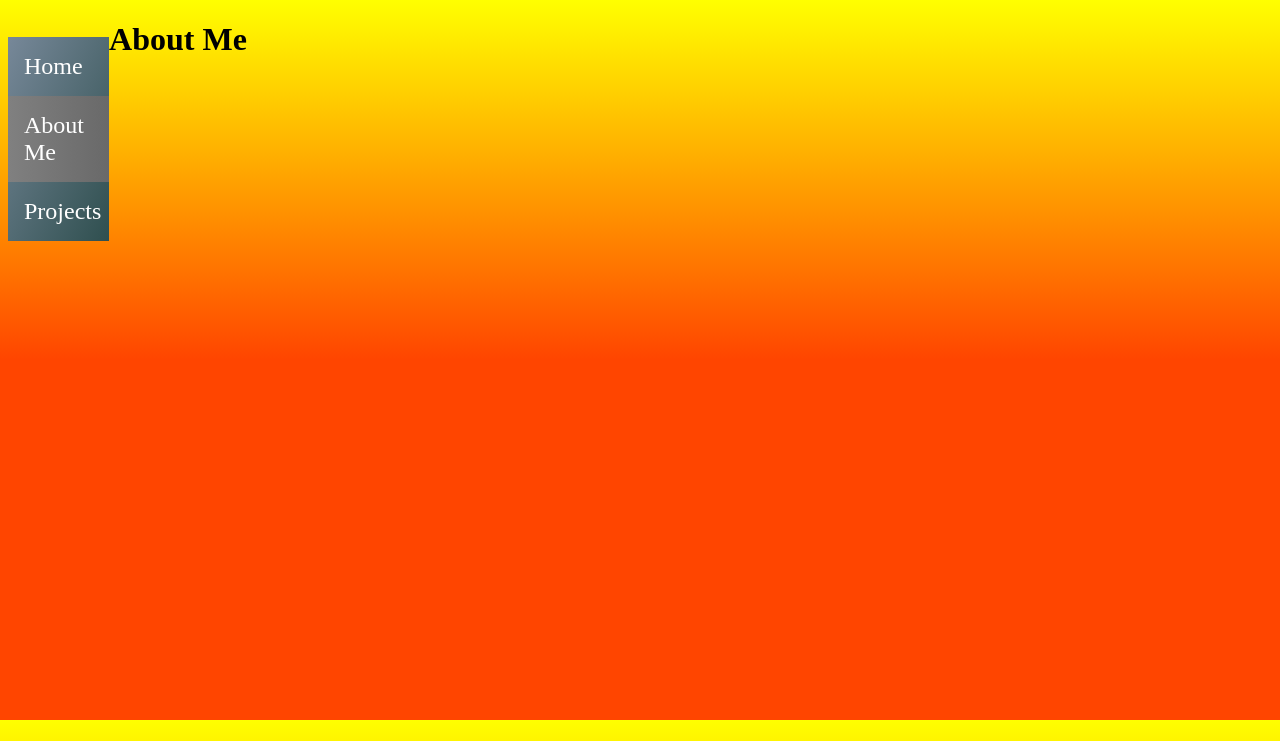
Repository: brody-toth/brody-toth.github.io
Page: about-me.html
The author's editor kept a record of every edit. The page is drawn from the files as they stood at one moment, then again after the next edit.
The browser window is 1280 px wide. The pictures show the whole page.

Above is the page before.

After the next edit:
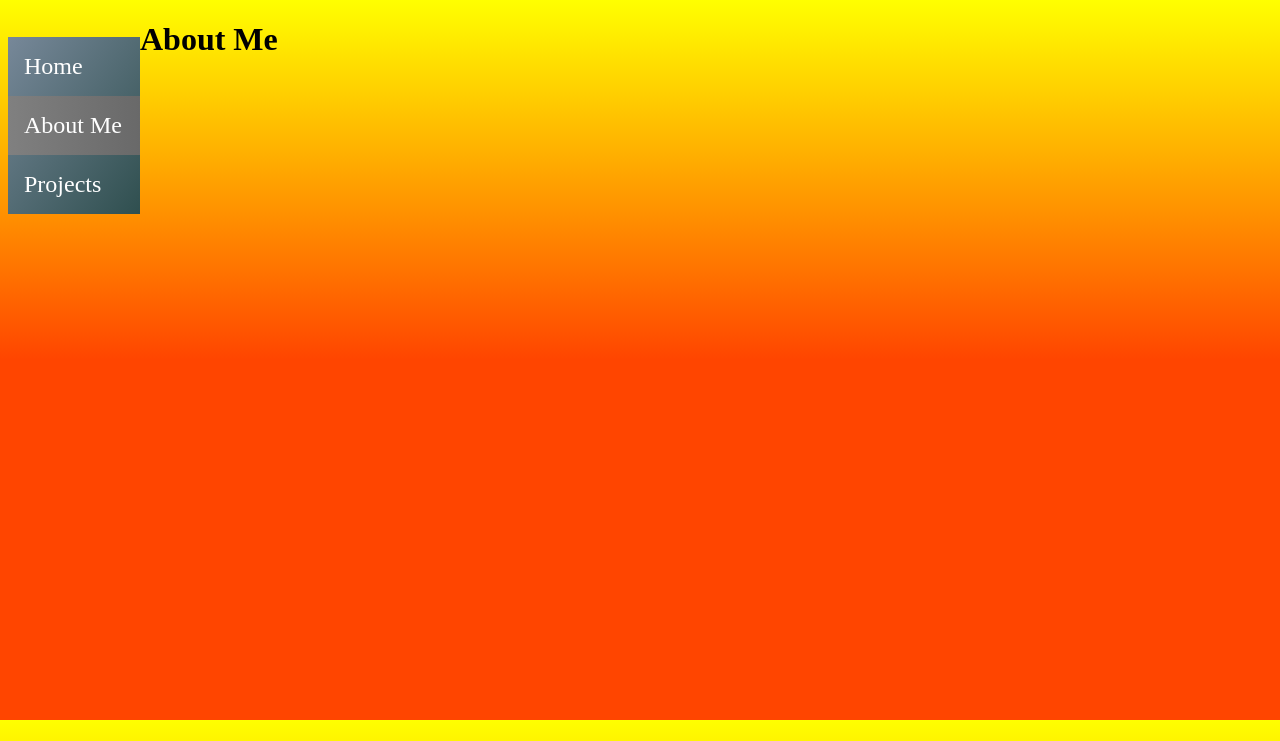
The edit:
--- a/style.css
+++ b/style.css
@@ -9,7 +9,7 @@
 .navbar{
     list-style: none;
     background-image: linear-gradient(to bottom right, lightslategray, darkslategray);
-    width: 8%;
+    width: 132px;
     overflow: hidden;
     float: left;
     padding: 0;
